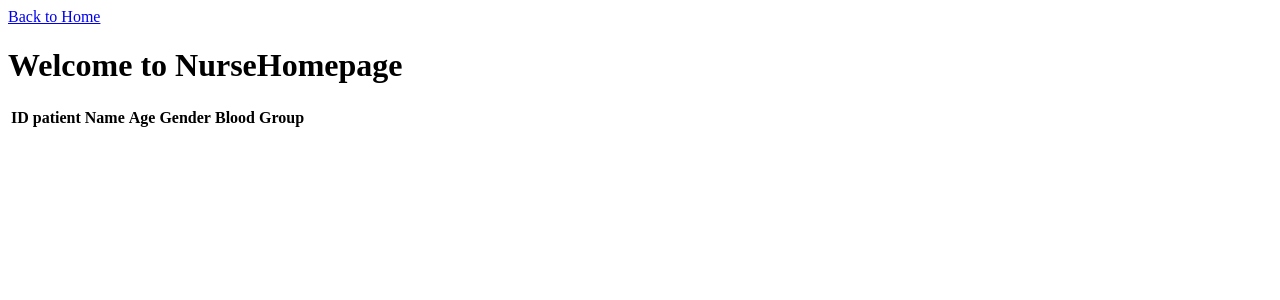
Repository: Rajasekaran0415/LifeCare-Management-System
Page: Project/nurseHompage.html
The author's editor kept a copy of each file at every save. The page is drawn from the files as they stood at one save, then again after a run of saves.
The browser window is 1280 px wide. The pictures show the whole page.

Above is the page before, as saved 2026-01-28 21:54:03.

After the next 3 saves:
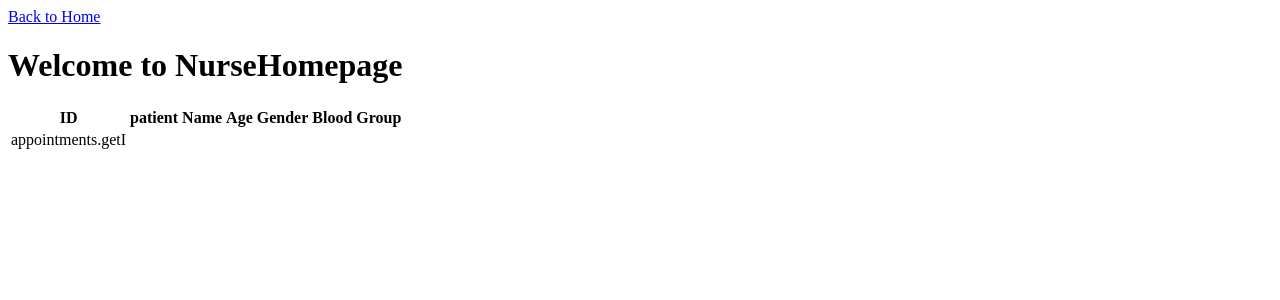
The 3 saves are shown as one change because they came seconds apart.
The last was saved 20 s later.
--- a/Project/nurseHompage.html
+++ b/Project/nurseHompage.html
@@ -23,7 +23,7 @@
 
 
                 <tr>
-                    <td></td>
+                    <td>appointments.getI</td>
                 </tr>
 
             </table>
